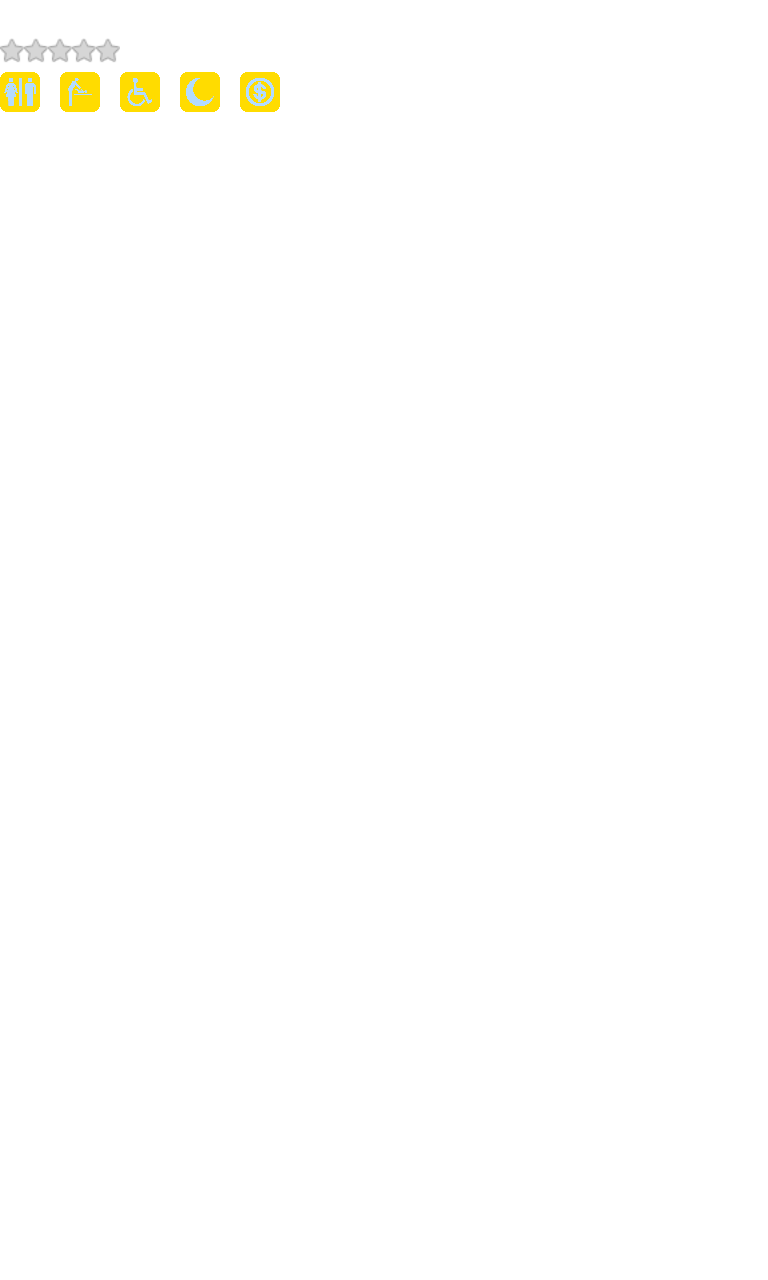
Repository: asocha/toilettalk
Layout: Android/workspace/ToiletTalk/res/layout/google_maps_marker.xml
An editor plug-in stored every save of this project. The layout is shown before and after the next save, followed by the edit.
It is drawn on a 768 x 1280 px phone screen (xhdpi) without system bars, with theme AppTheme; the app's code is not run.

Above is the layout before, as saved 2013-04-28 21:52:36.

After the next save:
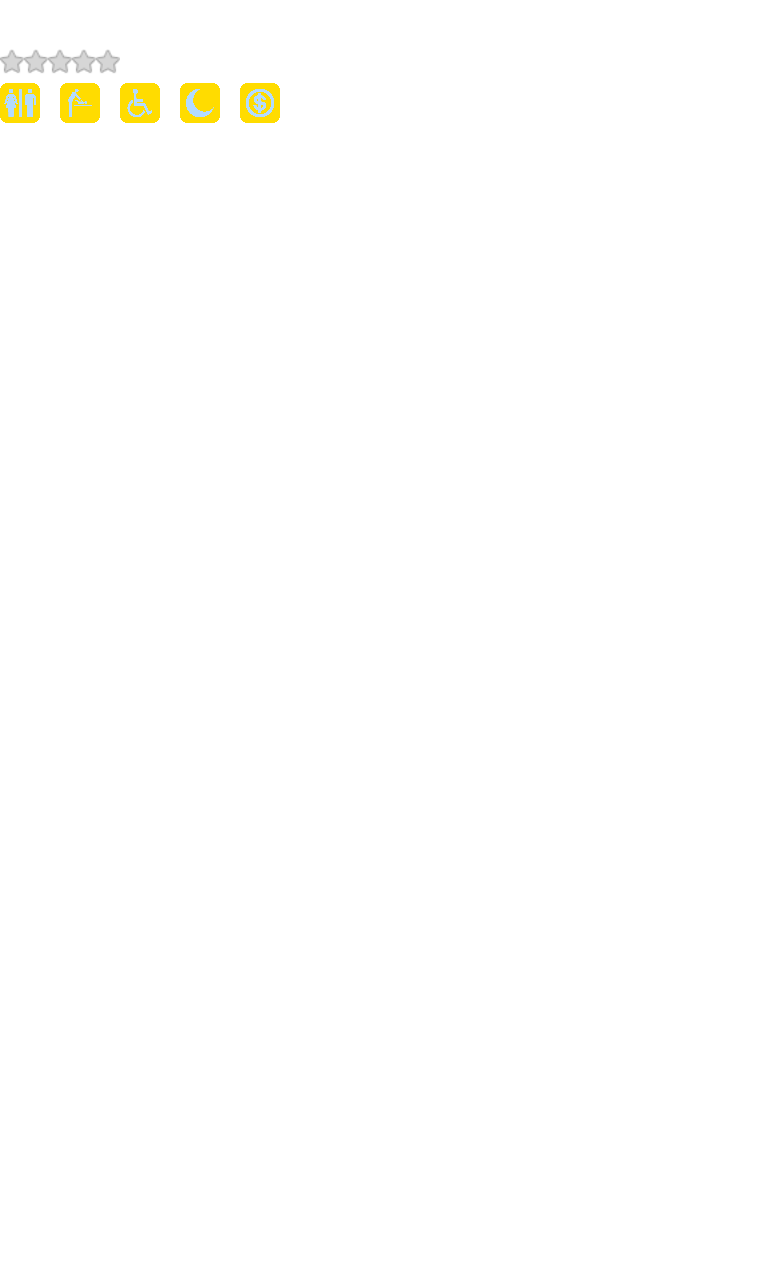
Saved 29 s later.
--- a/Android/workspace/ToiletTalk/res/layout/google_maps_marker.xml
+++ b/Android/workspace/ToiletTalk/res/layout/google_maps_marker.xml
@@ -16,7 +16,7 @@
 			android:id="@+id/marker_title"
 			android:layout_width="wrap_content"
 			android:layout_height="wrap_content"
-			android:textAppearance="?android:attr/textAppearanceSmall"/>
+			android:textAppearance="?android:attr/textAppearanceMedium"/>
 
 		<RatingBar
 		    android:id="@+id/marking_rating"
